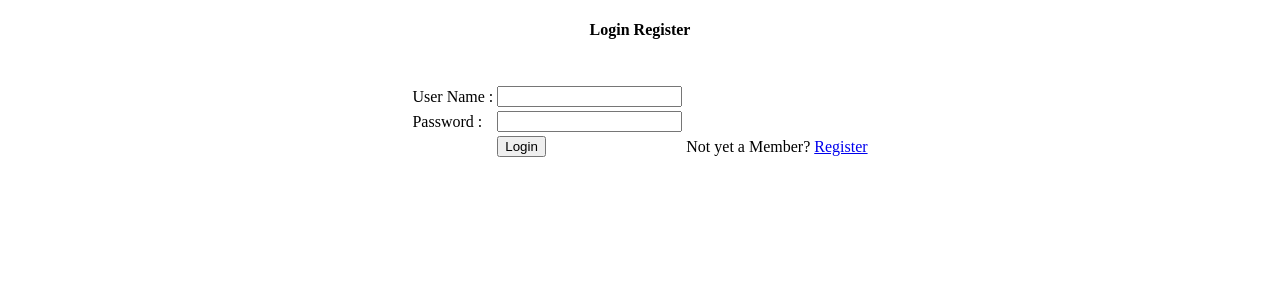
Repository: ShegokarSneha/Login-Registration
Page: http://localhost/LoginRegistration/Login.jsp
An editor plug-in stored every save of this project. The page is shown before and after the next save, followed by the edit.
The browser window is 1280 px wide. The pictures show the whole page.
The page is served by Tomcat 9. Nobody is signed in. The application's start-up code is not run. Other server files are loaded and not shown.

Above is the page before, as saved 2019-07-09 08:23:09.

### LoginRegistration/WebContent/Login.jsp
<%@ page language="java" contentType="text/html; charset=UTF-8"
	pageEncoding="UTF-8"%>
<!DOCTYPE html>
<html>
<head>
<meta charset="UTF-8">
<title>Insert title here</title>

</head>
<body>
	<center>
		<h4>Login Register</h4>
		<form method="post" action="Login">
			<table>
				<tr>
					<td><h3>${Message}</h3></td>
				</tr>

				<tr>
					<td>User Name :</td>
					<td><input type="text" name="username"></td>
				</tr>
				<tr>
					<td>Password :</td>
					<td><input type="password" name="password"></td>
				</tr>
				<tr>
					<td></td><td><input type="Submit" name="Submit" value="Login"></td>
					<td>Not yet a Member? <a href="Register.jsp">Register</a></td>
				</tr>
			</table>
		</form>
	</center>

</body>
</html>

After the next save:
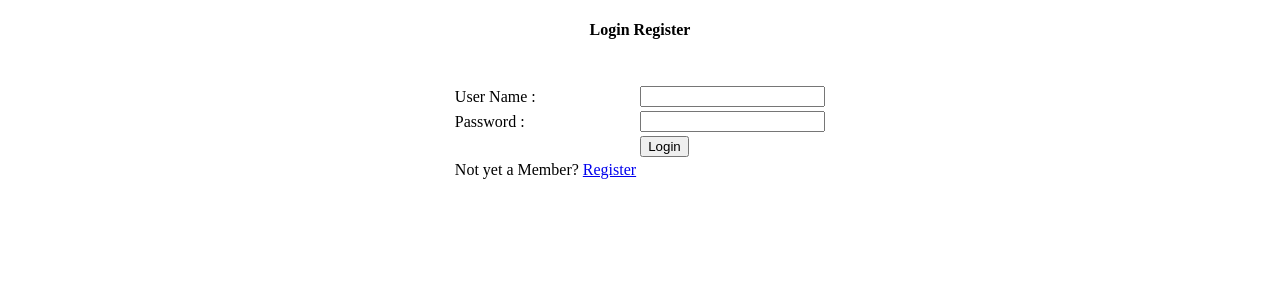
Saved 27 s later.
--- a/LoginRegistration/WebContent/Login.jsp
+++ b/LoginRegistration/WebContent/Login.jsp
@@ -26,7 +26,8 @@
 				</tr>
 				<tr>
 					<td></td><td><input type="Submit" name="Submit" value="Login"></td>
-					<td>Not yet a Member? <a href="Register.jsp">Register</a></td>
+					</tr>
+					<tr><td>Not yet a Member? <a href="Register.jsp">Register</a></td>
 				</tr>
 			</table>
 		</form>
